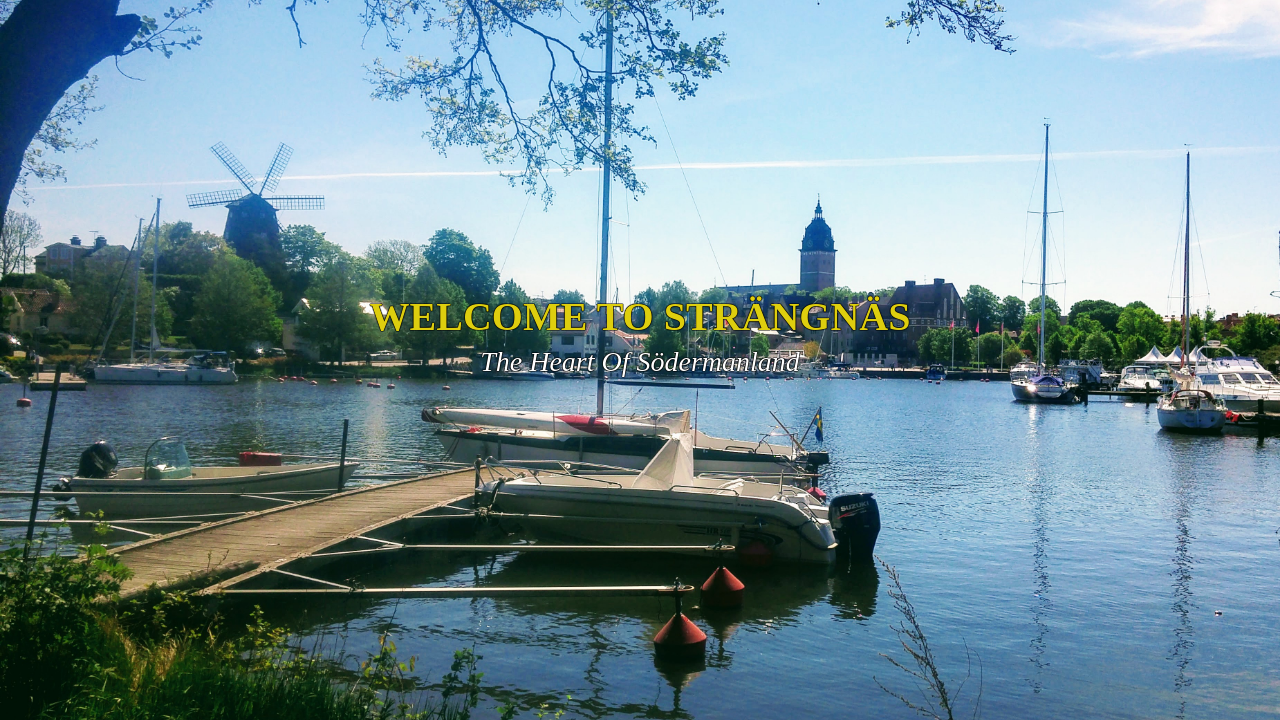
Repository: kososwede/first-project
Page: index.html
The author's editor kept a record of every edit. The page is drawn from the files as they stood at one moment, then again after the next edit.
The browser window is 1280 px wide. The pictures show the whole page.
Some web fonts or font styles are not loaded; a fallback is used.

Above is the page before.

After the next edit:
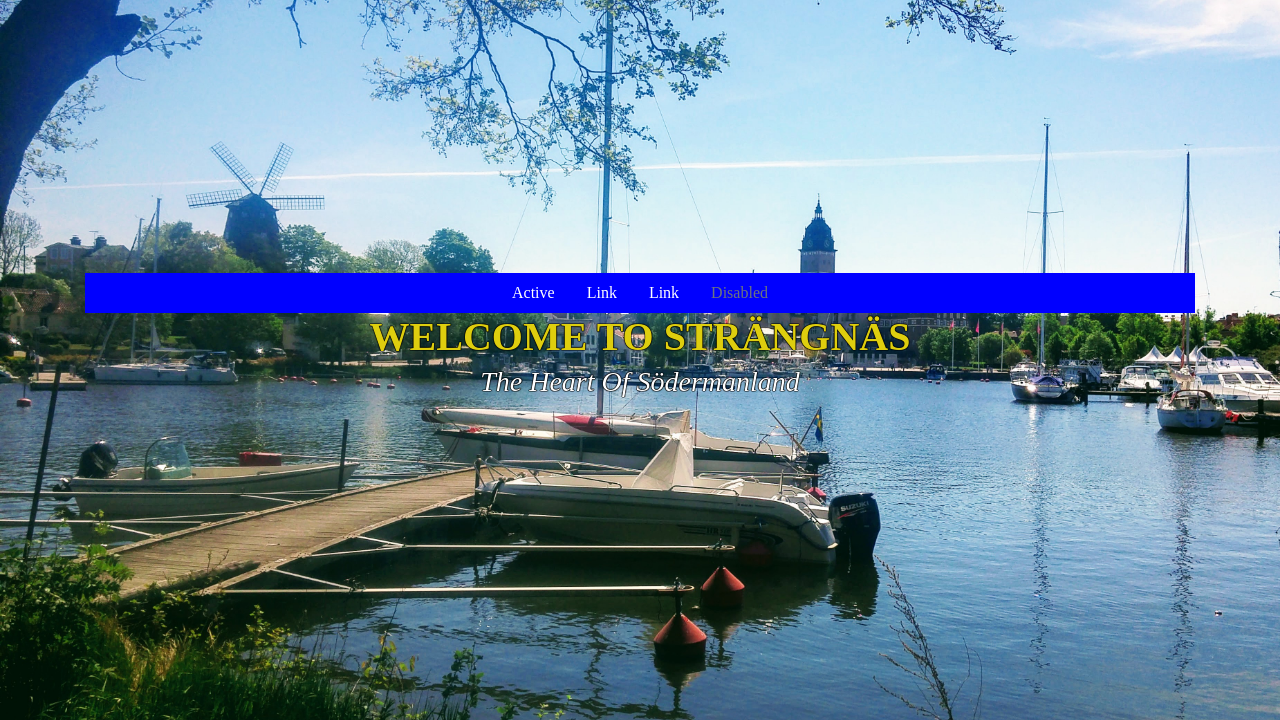
The edit:
--- a/index.html
+++ b/index.html
@@ -18,7 +18,23 @@
 
   <header class="masthead d-flex">
     <div class="container text-center my-auto">
-      <h1 class="mb-1">WELCOME TO STRÄNGNÄS</h1>
+      <nav>
+      <ul class="nav justify-content-center">
+  <li class="nav-item">
+    <a class="nav-link active" href="#">Active</a>
+  </li>
+  <li class="nav-item">
+    <a class="nav-link" href="#">Link</a>
+  </li>
+  <li class="nav-item">
+    <a class="nav-link" href="#">Link</a>
+  </li>
+  <li class="nav-item">
+    <a class="nav-link disabled" href="#" tabindex="-1" aria-disabled="true">Disabled</a>
+  </li>
+</ul>
+
+     <h1 class="mb-1">WELCOME TO STRÄNGNÄS</h1>
       <h3 class="mb-5">
         <em>The Heart Of Södermanland</em>
       </h3>
